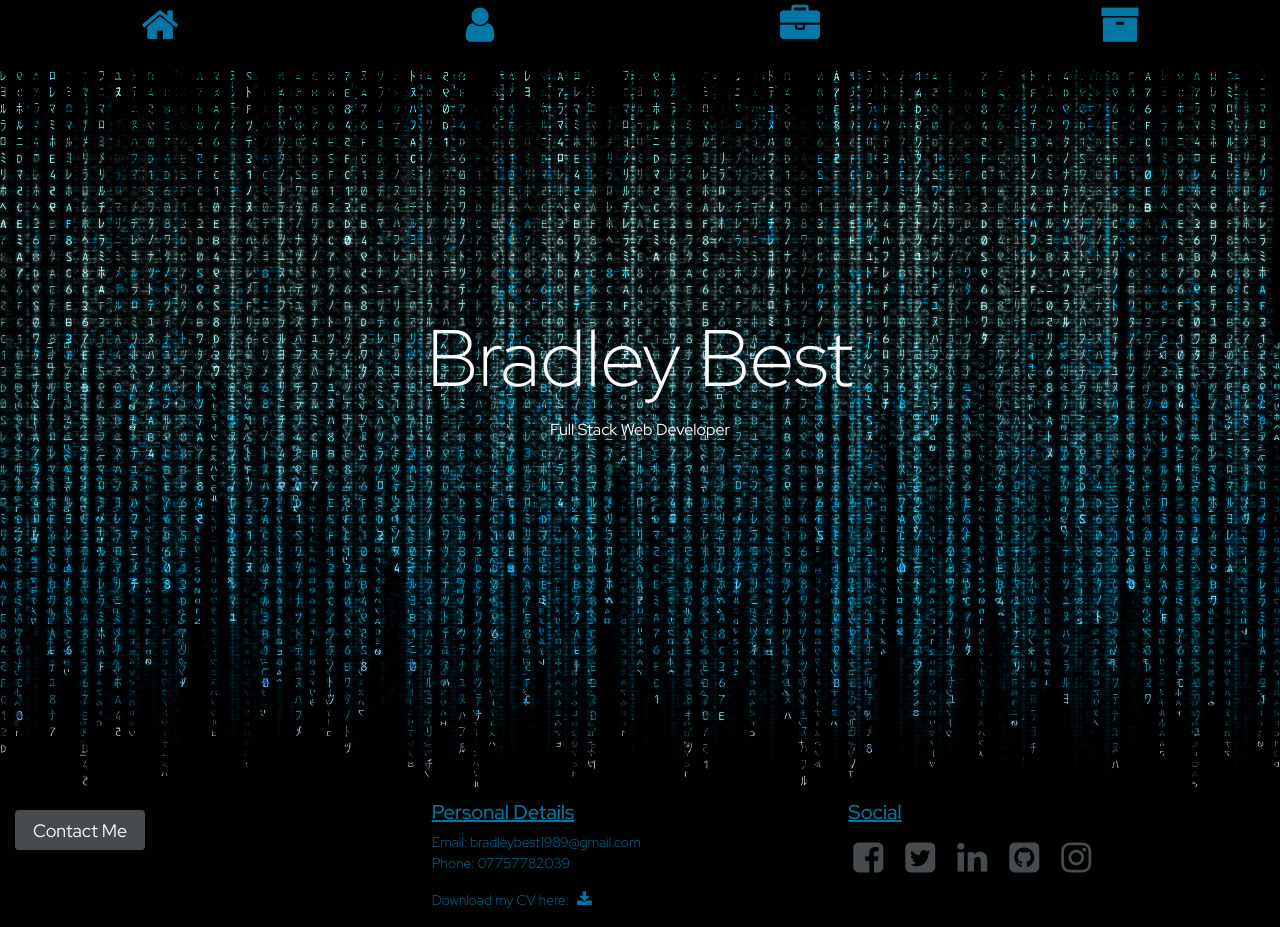
Repository: Brad000/Resume-project
Page: index.html
The author's editor kept a record of every edit. The page is drawn from the files as they stood at one moment, then again after the next edit.
The browser window is 1280 px wide. The pictures show the whole page.

Above is the page before.

### index.html
<!DOCTYPE html>
<html lang="en">

<head>
    <meta charset="UTF-8">
    <meta name="viewport" content="width=device-width, initial-scale=1.0">
    <meta http-equiv="X-UA-Compatible" content="ie=edge">
    <link rel="stylesheet" href="https://stackpath.bootstrapcdn.com/bootstrap/4.3.1/css/bootstrap.min.css" type="text/css" />
    <link rel="stylesheet" href="https://stackpath.bootstrapcdn.com/font-awesome/4.7.0/css/font-awesome.min.css" type="text/css" />
    <link rel="stylesheet" href="assets/css/style.css" type="text/css" />
    <link rel="stylesheet" href="https://cdnjs.cloudflare.com/ajax/libs/hover.css/2.3.1/css/hover-min.css" type="text/css" />
    <title>Bradley Best - Full Stack Web Developer</title>
</head>

<body>
    <!---------------------------NavBar------------------------------------>

    <header>
        <div class="row no-gutters">
            <div class="col-3 nav-item">
                <i class="fa fa-home"></i>
                <a id="nav-link" href="index.html">
                    <h5 id="nav-text">Home</h5>
                </a>
            </div>
            <div class="col-3 nav-item">
                <i class="fa fa-user"></i>
                <a id="nav-link" href="about-me.html">
                    <h5 id="nav-text">About Me</h5>
                </a>
            </div>
            <div class="col-3 nav-item">
                <i class="fa fa-briefcase"></i>
                <a id="nav-link" href="#">
                    <h5 id="nav-text">Work History</h5>
                </a>
            </div>
            <div class="col-3 nav-item">
                <i class="fa fa-archive"></i>
                <a id="nav-link" href="#">
                    <h5 id="nav-text">Portfolio</h5>
                </a>
            </div>
        </div>
    </header>

    <!--------------------------Landing Page------------------------------->

    <section>
        <div class="row no-gutters">
            <div class="col-12 landing-image">
                <img src="assets/images/code.jpg" class="img-fluid background" alt="Responsive image">
                <div class="row">
                    <h1 class="landing-name">Bradley Best</h1>
                </div>
                <div class="row">
                    <h3 class="landing-text">Full Stack Web Developer</h3>
                </div>
            </div>
        </div>
    </section>

    <!---------------------------Footer------------------------------------>

    <footer class="container-fluid">
        <div class="row no-gutters" id="footer-details">
            <div class="col-sm-4">
                <button type="button" class="btn btn-secondary contact-button" data-toggle="modal" data-target="#exampleModal">Contact Me</button>
            </div>
            <div class="col-sm-4 footer-headings">
                <h5 class="sub-headings">Personal Details</h5>
                <div class="key">
                    <p class="personal-info-text">
                        Email: bradleybest1989@gmail.com
                    </p>
                </div>
                <div class="personal-info-text">
                    <p>
                        Phone: 07757782039
                    </p>
                </div>
                <div class="personal-info-text">
                    <p class="cv-text">Download my CV here:
                        <span><a href="assets/cv/CV.pdf" target="_blank" class="cv-pdf"></a>
                        <i class="fa fa-download cv-link" aria-hidden="true"></i>
                        </span>
                    </p>
                </div>
            </div>
            <div class="col-sm-4">
                <h5 class="footer-headings sub-headings">Social</h5>
                <ul class="list-inline">
                    <li class="list-inline-item social-links">
                        <a target="_blank" href="https://www.facebook.com/profile.php?id=100010751790168">
                            <i class="fa fa-facebook-square" aria-hidden="true"></i>
                            <span class="sr-only">Facebook</span>
                        </a>
                    </li>
                    <li class="list-inline-item social-links">
                        <a target="_blank" href="https://twitter.com/BradleyBest28">
                            <i class="fa fa-twitter-square" aria-hidden="true"></i>
                            <span class="sr-only">Twitter</span>
                        </a>
                    </li>
                    <li class="list-inline-item social-links">
                        <a target="_blank" href="https://www.linkedin.com/in/bradley-best-b56072188/">
                            <i class="fa fa-linkedin" aria-hidden="true"></i>
                            <span class="sr-only">Linkedin</span>
                        </a>
                    </li>
                    <li class="list-inline-item social-links">
                        <a target="_blank" href="https://github.com/Brad000/Resume-project">
                            <i class="fa fa-github-square" aria-hidden="true"></i>
                            <span class="sr-only">GitHub</span>
                        </a>
                    </li>
                    <li class="list-inline-item social-links">
                        <a target="_blank" href="https://www.instagram.com/brad_best0/?hl=en">
                            <i class="fa fa-instagram" aria-hidden="true"></i>
                            <span class="sr-only">Instagram</span>
                        </a>
                    </li>
                </ul>
            </div>
        </div>
    </footer>
</body>

</html>

### assets/css/style.css
@import url('https://fonts.googleapis.com/css?family=Red+Hat+Display:100,200,300,400,500,600,700');

/*-------------------Nav----------------------*/

.background {
  height: 100vh;
  width: 100%;
}

.nav-item {
  height: 70px;
  background-color: #000201;
  text-align: center;
  padding: 0;
}

.fa-home,
.fa-user,
.fa-archive,
.fa-briefcase {
  font-size: 25px;
  color: #0378A6;
  padding: 10px;
}

/*-------------Text/Padding/Margin------------*/

#nav-text {
  font-family: 'Red Hat Display', sans-serif;
  font-size: 12px;
  font-weight: 600;
  color: #0378A6;
  opacity: 1;
  cursor: pointer;
  text-decoration: none;
  transition: opacity 0.5s ease-in-out;
  -moz-transition: opacity 0.5s ease-in-out;
  -webkit-transition: opacity 0.5s ease-in-out;
  -o-transition: opacity 0.5s ease-in-out;
}

#nav-text:hover {
  opacity: 1;
}

#nav-link {
  text-decoration: none;
}

.sub-headings {
  padding-top: 10px;
  text-decoration: underline;
}

.landing-name {
  position: absolute;
  margin: 0;
  top: 40%;
  left: 50%;
  transform: translate(-50%, -50%);
  color: #fafafa;
  font-family: 'Red Hat Display', sans-serif;
  font-weight: 100;
  font-size: 26px;
}

.landing-text {
  position: absolute;
  top: 50%;
  left: 50%;
  transform: translate(-50%, -50%);
  color: #fafafa;
  font-family: 'Red Hat Display', sans-serif;
  font-weight: 400;
  font-size: 14px;
}


/*-------------------About Me-----------------*/

.about-me-container {
  background-color: #0378A6;
}

.skills-container {
  background-color: #fafafa
}

.about-me-text {
  padding-left: 15px;
  padding-right: 15px;
  font-family: 'Red Hat Display', sans-serif;
  color: #fafafa;
}

.main-headings {
  padding-top: 10px;
  padding-bottom: 25px;
  text-align: center;
  font-weight: 600;
  font-size: 40px;
}

.headings {
  padding-bottom: 10px;
  font-size: 25px;
  font-weight: 300;
}

.about-me-para {
  padding-bottom: 5px;
  font-size: 16px;
  line-height: 1.8em;
  font-weight: 100;
}

/*-------------------Skills-------------------*/

.skills-text {
  font-family: 'Red Hat Display', sans-serif;
  color: #0378a6;
}

@keyframes load{
  from {
    width: 0%
  }
}
@-webkit-keyframes load{
  from {
    width: 0%
  }
}
@-moz-keyframes load{
  from {
    width: 0%
  }
}
@-o-keyframes load{
  from {
    width: 0%
  }
}

.bar{
  background-color: #5f6366;
  padding: 0;
  border-radius: 5px;
  margin-bottom: 20px;
  font-size: 14px;
  color: #5f6366;
  font-weight: 300;
  font-family: 'Red Hat Display', sans-serif;
  text-shadow: 1px 1px 1px rgba(0,0,0,0.5);
  margin-left: 20px;
  margin-right: 20px;
}
.bar::before{
  content:  attr(data-skill);
  background-color: #04C4D9;
  display: inline-block;
  padding: 5px 0 5px 10px;
  border-radius: inherit;
  animation: load 2s 0s;
  -webkit-animation: load 2s 0s;
  -moz-animation: load 2s 0s;
  -o-animation: load 2s 0s;
}

.bar.front::before{
  background-color: #90ccf4;
}
.bar.back::before{
  background-color: #5da2d5;
}
.bar.learning::before{
  background-color: #f78888;
}

.bar.learning::before{
  width: calc(30% - 10px);
}
.bar.basic::before{
  width: calc(40% - 10px);
}
.bar.intermediate::before{
  width: calc(60% - 10px);
}
.bar.advanced::before{
  width: calc(70% - 10px);
}
.bar.expert::before{
  width: calc(90% - 10px);
}




/*-------------------Footer-------------------*/

footer {
  background-color: #000201;
  color: #0378A6;
  min-height: 130px;
  margin: 0;
  font-size: 18px;
  font-family: 'Red Hat Display', sans-serif;
  font-weight: 300;

}

.contact-button {
  width: 130px;
  border: 0;
  height: 40px;
  margin-left: 0;
  margin-top: 10px;
  margin-bottom: 10px;
  text-align: center;
  font-size: 18px;
  color: #fafafa;
  background: #474b4f;
  transition: background 0.5s ease-in-out;
  -moz-transition: background 0.5s ease-in-out;
  -webkit-transition: background 0.5s ease-in-out;
  -o-transition: background 0.5s ease-in-out;
}

.contact-button:hover {
  background-color: #04C4D9;
}

.personal-info-text {
  margin: 0;
  font-size: 14px;
  font-weight: 200;
}

.cv-link {
  margin-left: 5px;
  font-size: 16px;
  color: #0378A6;
  transition: color 0.5s ease-in-out;
  -moz-transition: color 0.5s ease-in-out;
  -webkit-transition: color 0.5s ease-in-out;
  -o-transition: color 0.5s ease-in-out;
}

.cv-link:hover {
  color: #025E73;
  cursor: pointer;
}

.social-links a {
  color: #474b4f;
  font-size: 35px;
  padding: 5px;
  transition: color 0.5s ease-in-out;
  -moz-transition: color 0.5s ease-in-out;
  -webkit-transition: color 0.5s ease-in-out;
  -o-transition: color 0.5s ease-in-out;
}

.social-links a:hover {
  color: #04C4D9;
}

/*----------------Media Queries---------------*/

@media(min-width: 575px) {
  .contact-button {
    margin-top: 20px;
  }
}

@media(min-width: 575px) {
  .fa-home,
  .fa-user,
  .fa-archive,
  .fa-briefcase {
    font-size: 40px;
    padding: 5px;
  }
}

@media(min-width: 575px) {
  #nav-text {
    opacity: 0;
    font-size: 14px;
  }
}

@media(min-width: 374px) {
  .landing-name {
    font-size: 33px;
  }
  .landing-text {
    font-size: 16px;
  }
}

@media(min-width: 767px) {
  .landing-name {
    font-size: 60px;
  }
  .landing-text {
    font-size: 30px;
  }
}

@media(min-width: 1024px) {
  .landing-name {
    font-size: 80px;
  }
  .landing-text {
    font-size: 16px;
  }
}

After the next edit:
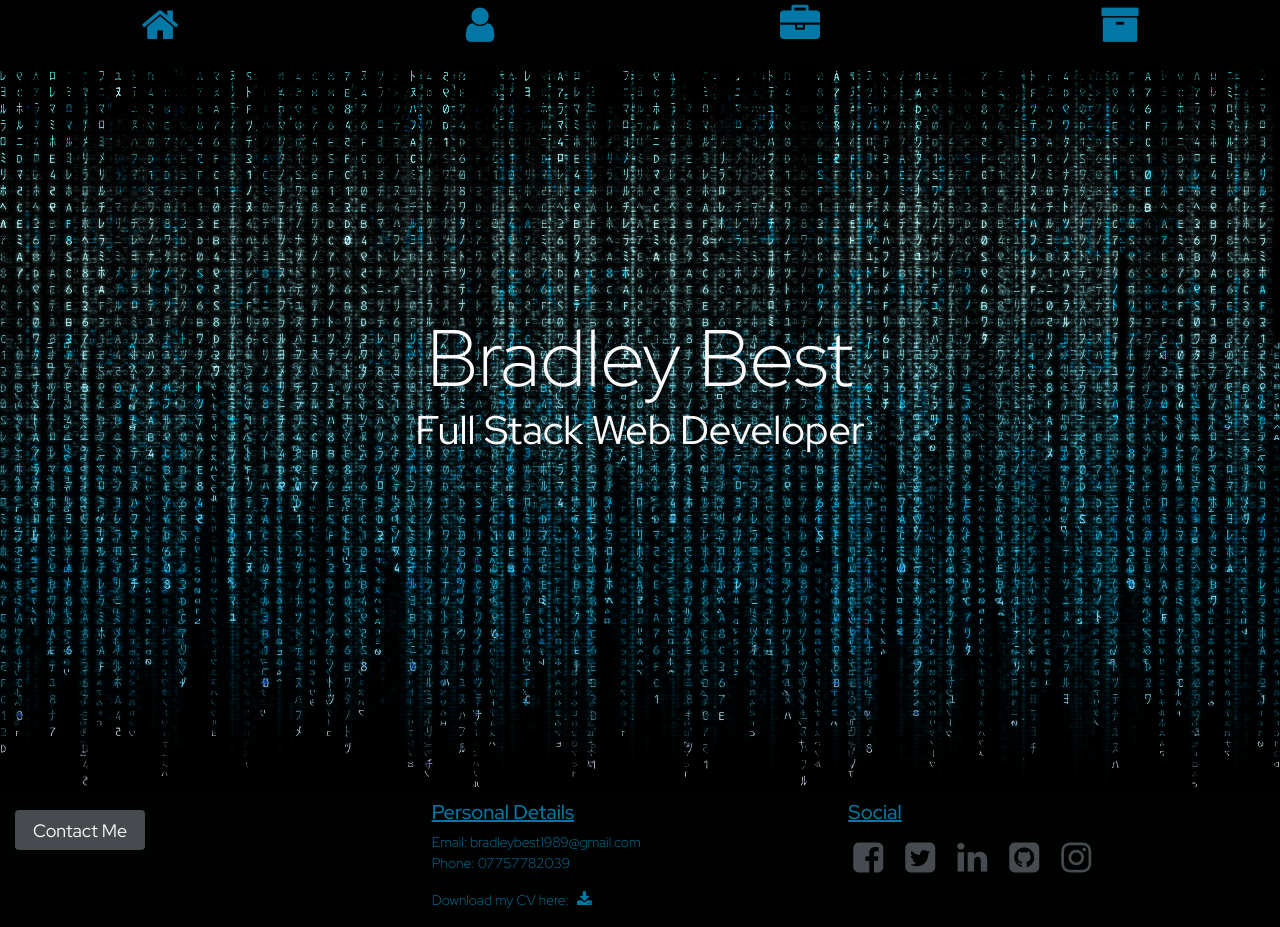
The edit:
--- a/assets/css/style.css
+++ b/assets/css/style.css
@@ -313,6 +313,6 @@
     font-size: 80px;
   }
   .landing-text {
-    font-size: 16px;
-  }
-}
+    font-size: 40px;
+  }
+}
